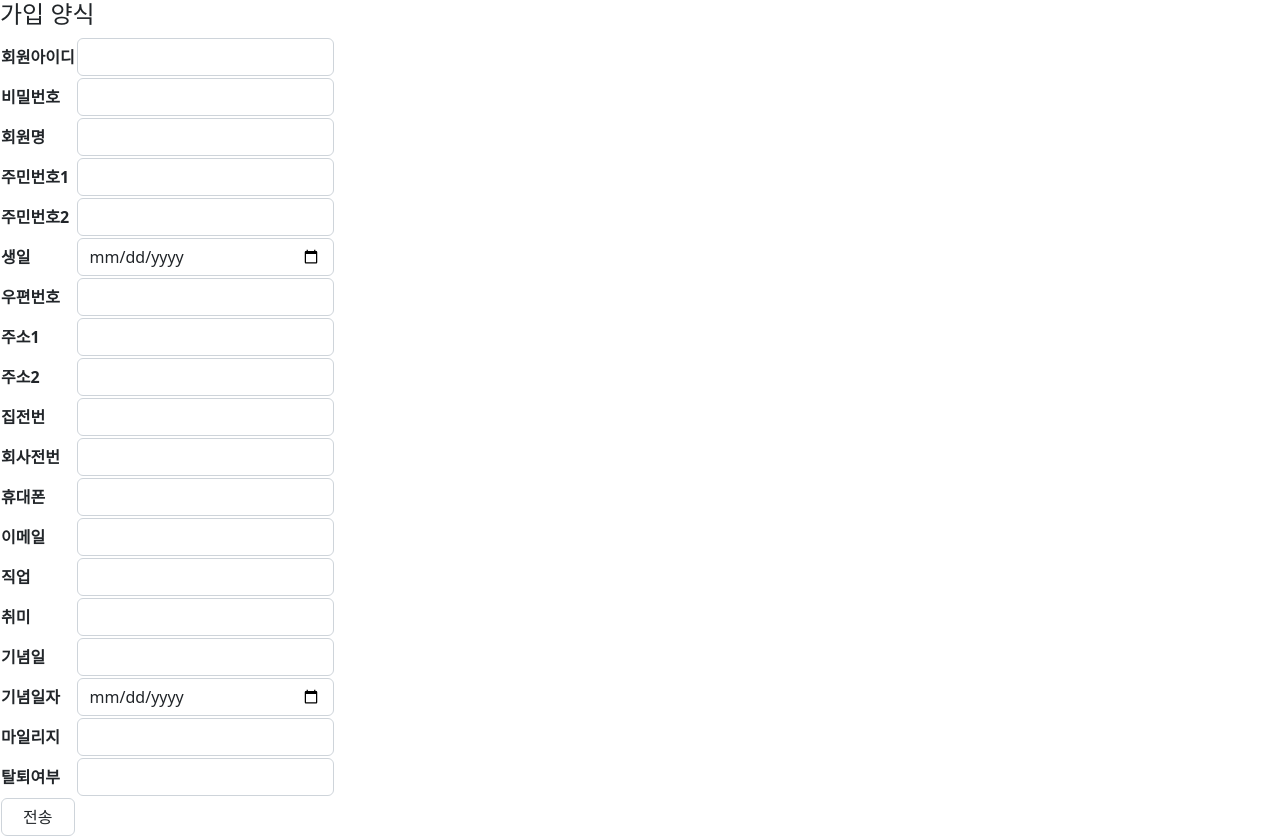
Repository: HEOGEUNJU/JSP
Page: http://localhost/WebStudy02_MVN/WEB-INF/views/member/memberForm.jsp
The author's editor kept a copy of each file at every save. The page is drawn from the files as they stood at one save, then again after the next save.
The browser window is 1280 px wide. The pictures show the whole page.
The page is served by Tomcat 9. Nobody is signed in. Other server files are loaded and not shown. The template is opened directly, without the code that normally fills it, so the values that code supplies are empty.

Above is the page before, as saved 2022-12-27 09:29:10.

### WebStudy02_MVN/src/main/webapp/WEB-INF/views/member/memberForm.jsp
<%@ page language="java" contentType="text/html; charset=UTF-8"
   pageEncoding="UTF-8"%>
<%@ taglib uri="http://java.sun.com/jsp/jstl/core" prefix="c" %>
<!DOCTYPE html>
<html>
<head>
<meta charset="UTF-8">
<title>Insert title here</title>
<jsp:include page="/includee/preScript.jsp" />
</head>
<c:if test="${not empty message } }">
	<script type="text/javascript">
		alert("${message}");
	</script>
</c:if>
<body>
   <h4>가입 양식</h4>
   <form method="post">
      <table>
         <tr>
            <th>회원아이디</th>
            <td><input class="form-control" type="text" name="memId" /></td>
         </tr>
         <tr>
            <th>비밀번호</th>
            <td><input class="form-control" type="text" name="memPass" /></td>
         </tr>
         <tr>
            <th>회원명</th>
            <td><input class="form-control" type="text" name="memName" value="${member.memName }"/></td>
         </tr>
         <tr>
            <th>주민번호1</th>
            <td><input class="form-control" type="text" name="memRegno1" /></td>
         </tr>
         <tr>
            <th>주민번호2</th>
            <td><input class="form-control" type="text" name="memRegno2" /></td>
         </tr>
         <tr>
            <th>생일</th>
            <td><input class="form-control" type="date" name="memBir" /></td>
         </tr>
         <tr>
            <th>우편번호</th>
            <td><input class="form-control" type="text" name="memZip" /></td>
         </tr>
         <tr>
            <th>주소1</th>
            <td><input class="form-control" type="text" name="memAdd1" /></td>
         </tr>
         <tr>
            <th>주소2</th>
            <td><input class="form-control" type="text" name="memAdd2" /></td>
         </tr>
         <tr>
            <th>집전번</th>
            <td><input class="form-control" type="text" name="memHometel" /></td>
         </tr>
         <tr>
            <th>회사전번</th>
            <td><input class="form-control" type="text" name="memComtel" /></td>
         </tr>
         <tr>
            <th>휴대폰</th>
            <td><input class="form-control" type="text" name="memHp" /></td>
         </tr>
         <tr>
            <th>이메일</th>
            <td><input class="form-control" type="text" name="memMail" /></td>
         </tr>
         <tr>
            <th>직업</th>
            <td><input class="form-control" type="text" name="memJob" /></td>
         </tr>
         <tr>
            <th>취미</th>
            <td><input class="form-control" type="text" name="memLike" /></td>
         </tr>
         <tr>
            <th>기념일</th>
            <td><input class="form-control" type="text" name="memMemorial" /></td>
         </tr>
         <tr>
            <th>기념일자</th>
            <td><input class="form-control" type="date"
               name="memMemorialday" /></td>
         </tr>
         <tr>
            <th>마일리지</th>
            <td><input class="form-control" type="number" name="memMileage" /></td>
         </tr>
         <tr>
            <th>탈퇴여부</th>
            <td><input class="form-control" type="text" name="memDelete" /></td>
         </tr>
         <tr>
         	<td><input class="form-control" type ="submit" value="전송"/></td>
         </tr>
      </table>
   </form>
   <jsp:include page="/includee/postScript.jsp" />
</body>
</html>

### WebStudy02_MVN/src/main/webapp/includee/preScript.jsp
<%@ page language="java" contentType="text/html; charset=UTF-8"
    pageEncoding="UTF-8"%>
<link rel="stylesheet" href="<%=request.getContextPath() %>/resources/js/bootstrap-5.2.3-dist/css/bootstrap.min.css">
<script type="text/javascript" src="<%=request.getContextPath()%>/resources/js/jquery-3.6.1.min.js"></script>
<%
	String varInPre = "프리스크립트에 있는 변수의 값";

%>

### WebStudy02_MVN/src/main/webapp/includee/postScript.jsp
<%@ page language="java" contentType="text/html; charset=UTF-8"
    pageEncoding="UTF-8"%>

<script src= "<%=request.getContextPath() %>/resources/js/bootstrap-5.2.3-dist/js/bootstrap.bundle.min.js"></script>

Loaded but not shown: WebStudy02_MVN/src/main/webapp/resources/js/bootstrap-5.2.3-dist/css/bootstrap.min.css (library); WebStudy02_MVN/src/main/webapp/resources/js/jquery-3.6.1.min.js (library); WebStudy02_MVN/src/main/webapp/resources/js/bootstrap-5.2.3-dist/js/bootstrap.bundle.min.js (library)

After the next save:
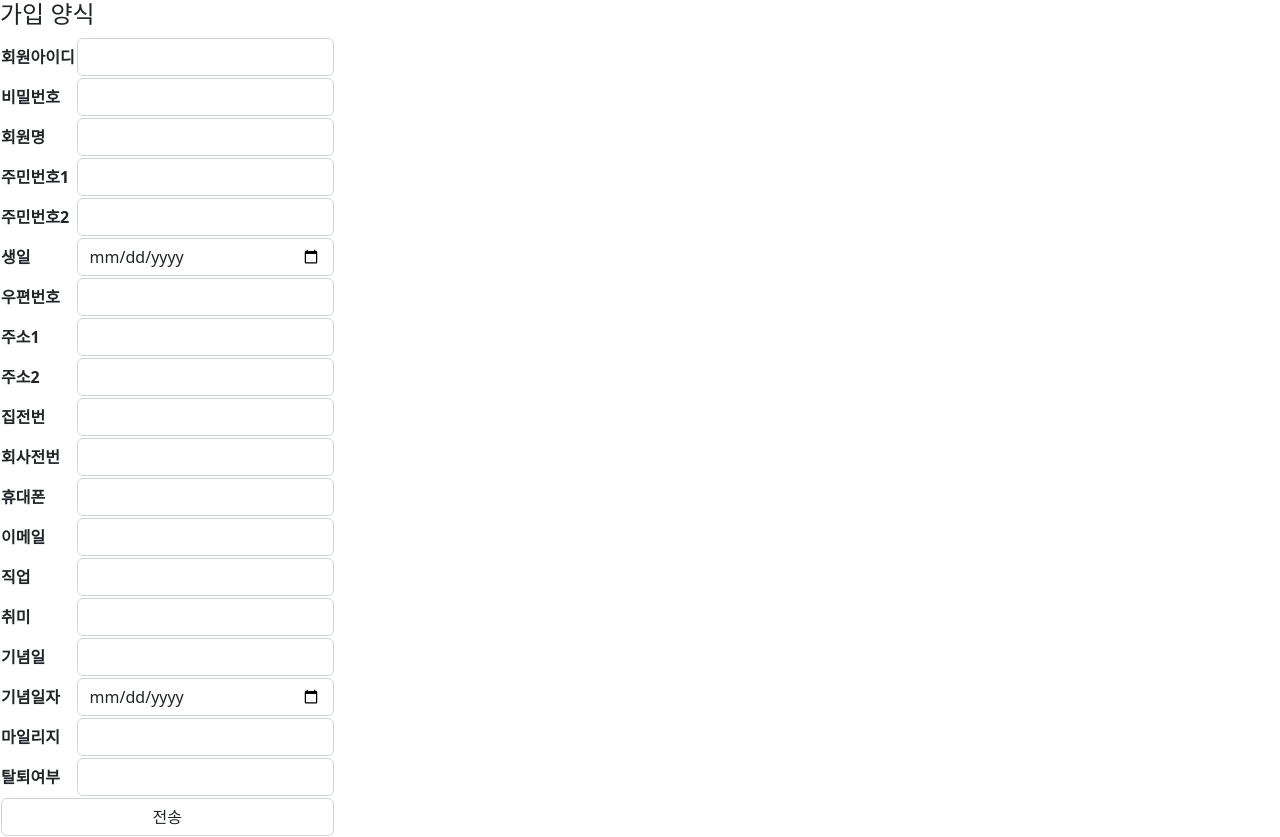
Saved 50 s later.
--- a/WebStudy02_MVN/src/main/webapp/WEB-INF/views/member/memberForm.jsp
+++ b/WebStudy02_MVN/src/main/webapp/WEB-INF/views/member/memberForm.jsp
@@ -95,7 +95,7 @@
             <td><input class="form-control" type="text" name="memDelete" /></td>
          </tr>
          <tr>
-         	<td><input class="form-control" type ="submit" value="전송"/></td>
+         	<td colspan="2"><input class="form-control" type ="submit" value="전송"/></td>
          </tr>
       </table>
    </form>
